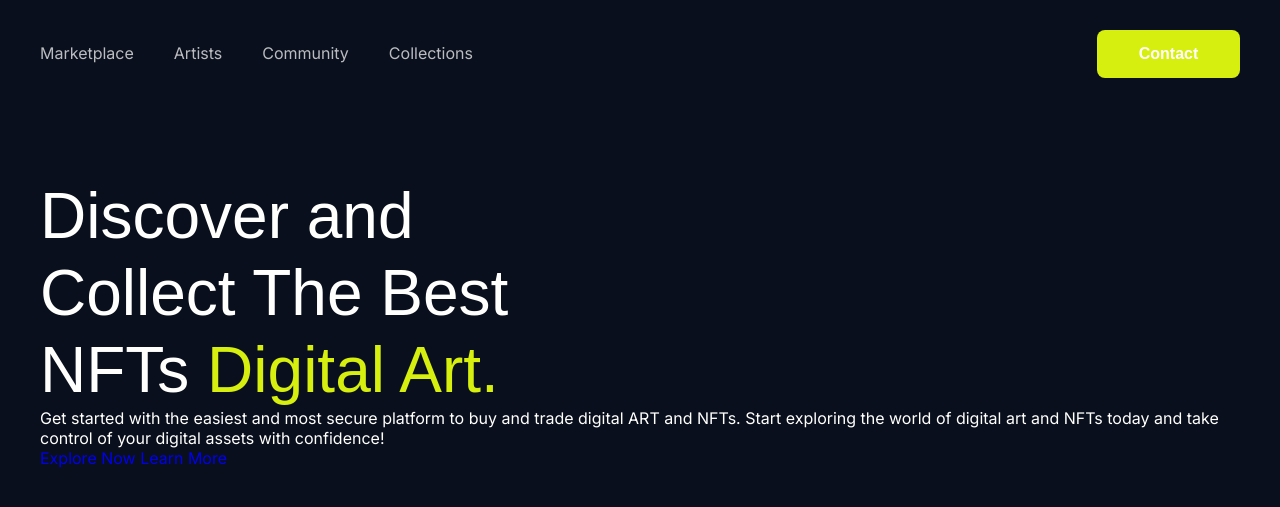
Repository: Kamron5505/NftMarketplace
Page: index.html
These files come from the project's save history. The page is drawn as it stood at one moment and after the next save; the edit follows.
The browser window is 1280 px wide. The pictures show the whole page.
Some web fonts or font styles are not loaded; a fallback is used.

Above is the page before, as saved 2025-07-07 23:37:57.

### index.html
<!DOCTYPE html>
<html lang="en">

<head>
    <meta charset="UTF-8">
    <meta name="viewport" content="width=device-width, initial-scale=1.0">
    <title>NFTMarketplace Landing</title>
    <link rel="stylesheet" href="./style.css">
    <link
        href="https://fonts.googleapis.com/css2?family=Inter:wght@400;600;700&family=Source+Sans+Pro:wght@400;600;700&display=swap"
        rel="stylesheet">
</head>

<body>
    <header class="header">
        <div class="container">
            <nav class="nav">
                <ul class="nav-list">
                    <li class="nav-item"><a href="#" class="nav-link">Marketplace</a></li>
                    <li class="nav-item"><a href="#" class="nav-link">Artists</a></li>
                    <li class="nav-item"><a href="#" class="nav-link">Community</a></li>
                    <li class="nav-item"><a href="#" class="nav-link">Collections</a></li>
                </ul>
                <button class="header-contact-btn">Contact</button>
            </nav>
        </div>
    </header>
    <main class="main">
        <section class="nft-section">
            <div class="container">
                <div class="nft-wrapper">
                    <div class="content-left">
                        <h1 class="title">
                            Discover and <br>
                            Collect The Best <br>
                            NFTs <span class="highlight"> Digital Art.</span>
                        </h1>

                        <p class="description">
                            Get started with the easiest and most secure platform to buy and trade digital ART and NFTs.
                            Start exploring the world of digital art and NFTs today and take control of your digital
                            assets with confidence!
                        </p>

                        <div class="buttons">
                            <a href="#" class="btn btn-primary">Explore Now</a>
                            <a href="#" class="btn btn-secondary">Learn More</a>
                        </div>

                        <!-- <div class="stats">
                            <div class="stat">
                                <div class="number">8.9K</div>
                                <div class="label">Art work</div>
                            </div>
                            <div class="stat">
                                <div class="number">65K</div>
                                <div class="label">Artist</div>
                            </div>
                            <div class="stat">
                                <div class="number">87K</div>
                                <div class="label">Collection</div>
                            </div>
                        </div>
                    </div> -->
                    <!-- <div class="content-right">
                        <div class="card">
                            <img src="nft-image.jpg" alt="NFT Image" class="card-image">
                            <div class="card-info">
                                <div class="card-timer">
                                    <span>Ends in</span>
                                    <span class="time">05:45:47</span>
                                </div>
                                <div class="card-bid">
                                    <span>Current bid</span>
                                    <span class="eth">0.24 ETH</span>
                                </div>
                                <a href="#" class="btn btn-bid">Place A Bid</a>
                            </div>
                        </div>
                    </div> -->
                </div>
            </div>
        </section>
    </main>
</body>

</html>

### style.css
@font-face {
    font-family: 'Canela';
    src: url('../fonts/Canela-Bold.woff2') format('woff2');
    font-weight: 700;
    font-style: normal;
}

* {
    margin: 0;
    padding: 0;
    box-sizing: border-box;
    text-decoration: none;
    list-style: none;
}

:root {
    --font-main: "Inter", sans-serif;
    --font-second: "Source Sans Pro", sans-serif;
    --font-accent: "Canela", sans-serif;
    --color-bg: #090f1d;
    --color-text: #fffffd;
    --color-accent: #d6ef0e;
    --color-muted: rgba(255, 255, 253, 0.72);
}

body {
    background: var(--color-bg);
    color: var(--color-text);
    font-family: var(--font-main);
}

h1,
h2,
h3,
h4,
h5,
h6 {
    font-family: var(--font-accent);
    font-weight: 500;
    font-size: 64px;
    line-height: 120%;
    color: var(--color-text);
}

.highlight {
    color: var(--color-accent);
}

.header {
    margin-top: 30px;
    font-family: "Inter", sans-serif;

}

.container {
    width: 1200px;
    margin: 0 auto;
}

.nav {
    display: flex;
    align-items: center;
    justify-content: space-between;
}

.nav-list {
    display: flex;
    gap: 40px;
}

.nav-item {}

.nav-link {
    position: relative;
    font-weight: 400;
    font-size: 16px;
    line-height: 160%;
    color: var(--color-muted);
    transition: color 0.3s ease;
}

.nav-link::after {
    content: "";
    position: absolute;
    left: 0;
    bottom: -2px;
    width: 0%;
    height: 2px;
    background-color: var(--color-accent);
    transition: width 0.3s ease;
}

.nav-link:hover {
    color: var(--color-accent);
}

.nav-link:hover::after {
    width: 100%;
}

.header-contact-btn {
    background: var(--color-accent);
    border-radius: 8px;
    padding: 12px 40px;
    width: 143px;
    height: 48px;
    font-weight: 700;
    font-size: 16px;
    line-height: 120%;
    color: #fff;
    border: none;
    cursor: pointer;
    transition: background-color 0.3s ease, transform 0.2s ease;
}

.header-contact-btn:hover {
    background-color: #c3e000;
    transform: scale(1.05);
}

.nft-section {
    margin-top: 100px;
}

.nft-wrapper {}

.content-left {}

.title {}

.description {}

.buttons {}

.btn {}

.btn-primary {}

.btn-secondary {}

After the next save:
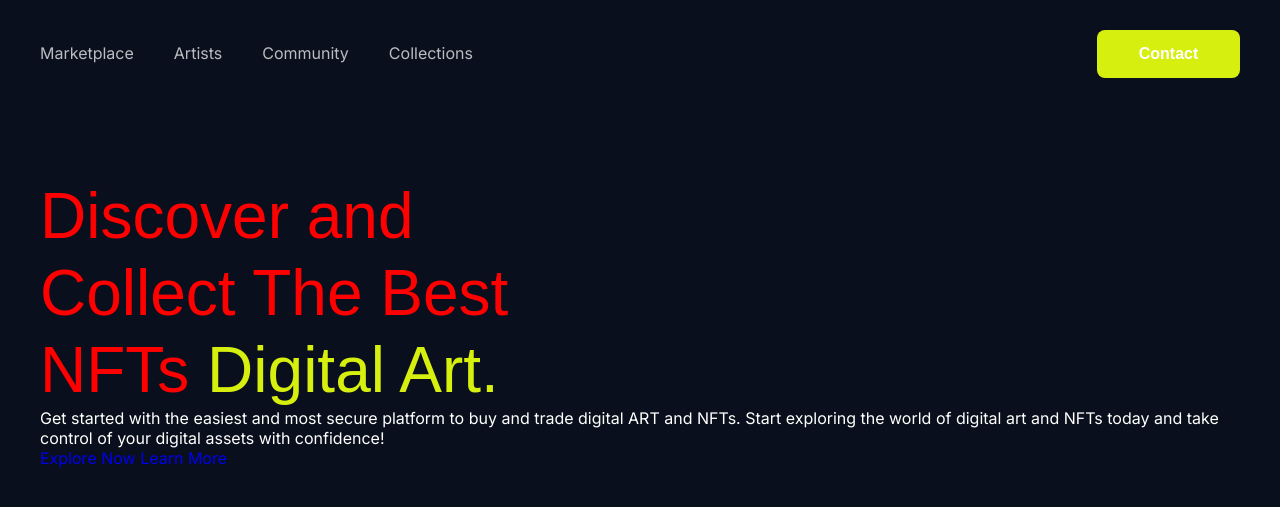
Saved 6 s later.
--- a/style.css
+++ b/style.css
@@ -126,7 +126,9 @@ h6 {
 
 .content-left {}
 
-.title {}
+.title {
+    color: red;
+}
 
 .description {}
 

After the save that followed:
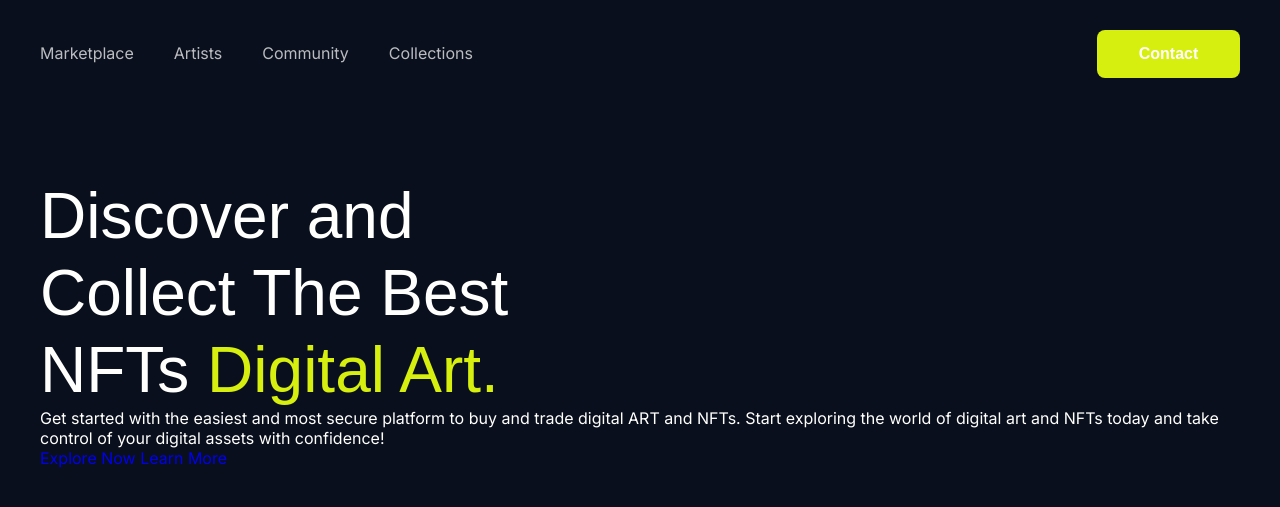
Saved 5 s later.
--- a/style.css
+++ b/style.css
@@ -127,7 +127,7 @@ h6 {
 .content-left {}
 
 .title {
-    color: red;
+    кув
 }
 
 .description {}
